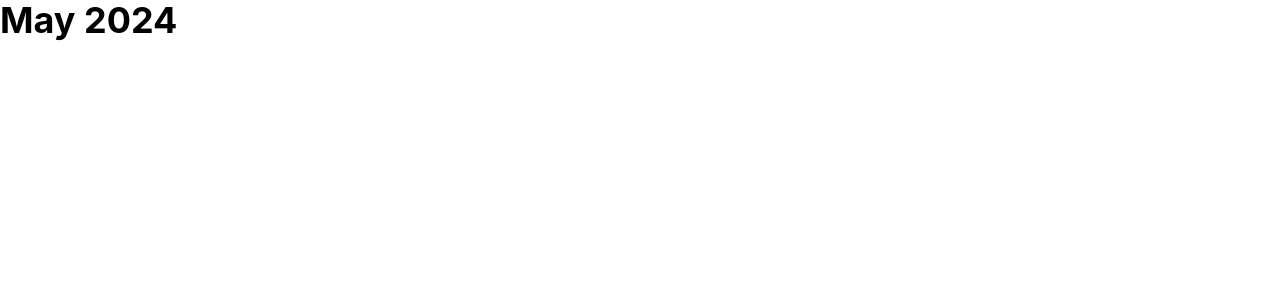
Repository: dung-phan/tweek-copy
Page: /
An editor plug-in stored every save of this project. The page is shown before and after the next save, followed by the edit.
The browser window is 1280 px wide. The pictures show the whole page.
The project was rebuilt for these pictures with package versions that can differ from the ones it lists, and the page was loaded fresh each time. Also part of the build but not shown: vite.config.ts.

Above is the page before, as saved 2024-05-26 22:22:37.

### src/assets/main.css
@import './base.css';

#app {
  max-width: 1280px;
  margin: 0 auto;
}

@media (min-width: 1024px) {
}

### src/assets/base.css
@tailwind base;
@tailwind components;
@tailwind utilities;

/* color palette from <https://github.com/vuejs/theme> */
:root {
  --vt-c-white: #ffffff;
  --vt-c-white-soft: #f8f8f8;
  --vt-c-white-mute: #f2f2f2;

  --vt-c-black: #181818;
  --vt-c-black-soft: #222222;
  --vt-c-black-mute: #282828;

  --vt-c-indigo: #2c3e50;

  --vt-c-divider-light-1: rgba(60, 60, 60, 0.29);
  --vt-c-divider-light-2: rgba(60, 60, 60, 0.12);
  --vt-c-divider-dark-1: rgba(84, 84, 84, 0.65);
  --vt-c-divider-dark-2: rgba(84, 84, 84, 0.48);

  --vt-c-text-light-1: var(--vt-c-indigo);
  --vt-c-text-light-2: rgba(60, 60, 60, 0.66);
  --vt-c-text-dark-1: var(--vt-c-white);
  --vt-c-text-dark-2: rgba(235, 235, 235, 0.64);
}

/* semantic color variables for this project */
:root {
  --color-background: var(--vt-c-white);
  --color-background-soft: var(--vt-c-white-soft);
  --color-background-mute: var(--vt-c-white-mute);

  --color-border: var(--vt-c-divider-light-2);
  --color-border-hover: var(--vt-c-divider-light-1);

  --color-heading: var(--vt-c-text-light-1);
  --color-text: var(--vt-c-text-light-1);

  --section-gap: 160px;
}

@media (prefers-color-scheme: dark) {
  :root {
    --color-background: var(--vt-c-black);
    --color-background-soft: var(--vt-c-black-soft);
    --color-background-mute: var(--vt-c-black-mute);

    --color-border: var(--vt-c-divider-dark-2);
    --color-border-hover: var(--vt-c-divider-dark-1);

    --color-heading: var(--vt-c-text-dark-1);
    --color-text: var(--vt-c-text-dark-2);
  }
}

*,
*::before,
*::after {
  box-sizing: border-box;
  margin: 0;
}

body {
  min-height: 100vh;
  transition:
    color 0.5s,
    background-color 0.5s;
  line-height: 1.6;
  font-family:
    Inter,
    -apple-system,
    BlinkMacSystemFont,
    'Segoe UI',
    Roboto,
    Oxygen,
    Ubuntu,
    Cantarell,
    'Fira Sans',
    'Droid Sans',
    'Helvetica Neue',
    sans-serif;
  text-rendering: optimizeLegibility;
  -webkit-font-smoothing: antialiased;
  -moz-osx-font-smoothing: grayscale;
}

### src/views/HomeView.vue
<script setup lang="ts">
import TheWelcome from '../components/TheWelcome.vue'
</script>

<template>
  <header>
    <TheWelcome />
  </header>
</template>

### src/components/TheWelcome.vue
<script setup lang="ts">
const currentDate = new Date(Date.now())

const headerDate = currentDate.toLocaleDateString('default', {
  month: 'long',
  year: 'numeric'
})
</script>

<template>
  <p class="text-4xl">
    <b>{{ headerDate }}</b>
  </p>
</template>

<style scoped></style>

### tailwind.config.js
/** @type {import('tailwindcss').Config} */
export default {
  content: [],
  theme: {
    extend: {},
  },
  plugins: [],
  purge: ['./index.html', './src/**/*.{vue,js,ts,jsx,tsx}'],
}

Loaded but not shown: index.html (common file); src/main.ts (common file); src/App.vue (common file); src/router/index.ts (common file)

After the next save:
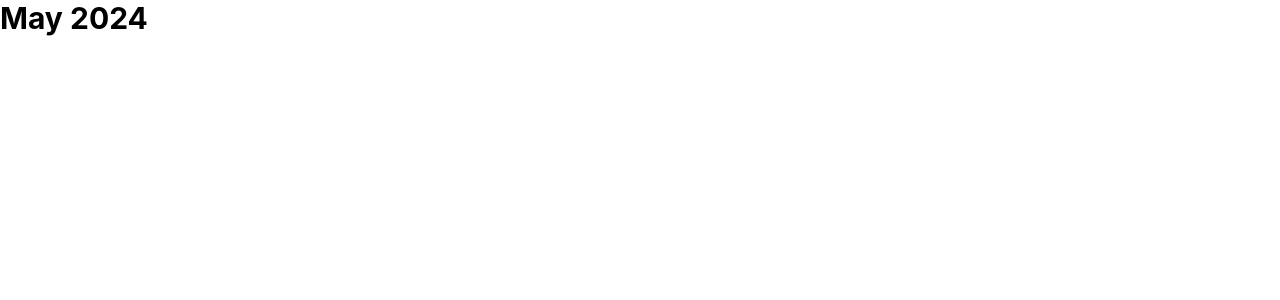
Saved 10 s later.
--- a/src/components/TheWelcome.vue
+++ b/src/components/TheWelcome.vue
@@ -8,7 +8,7 @@ const headerDate = currentDate.toLocaleDateString('default', {
 </script>
 
 <template>
-  <p class="text-4xl">
+  <p class="text-3xl">
     <b>{{ headerDate }}</b>
   </p>
 </template>
